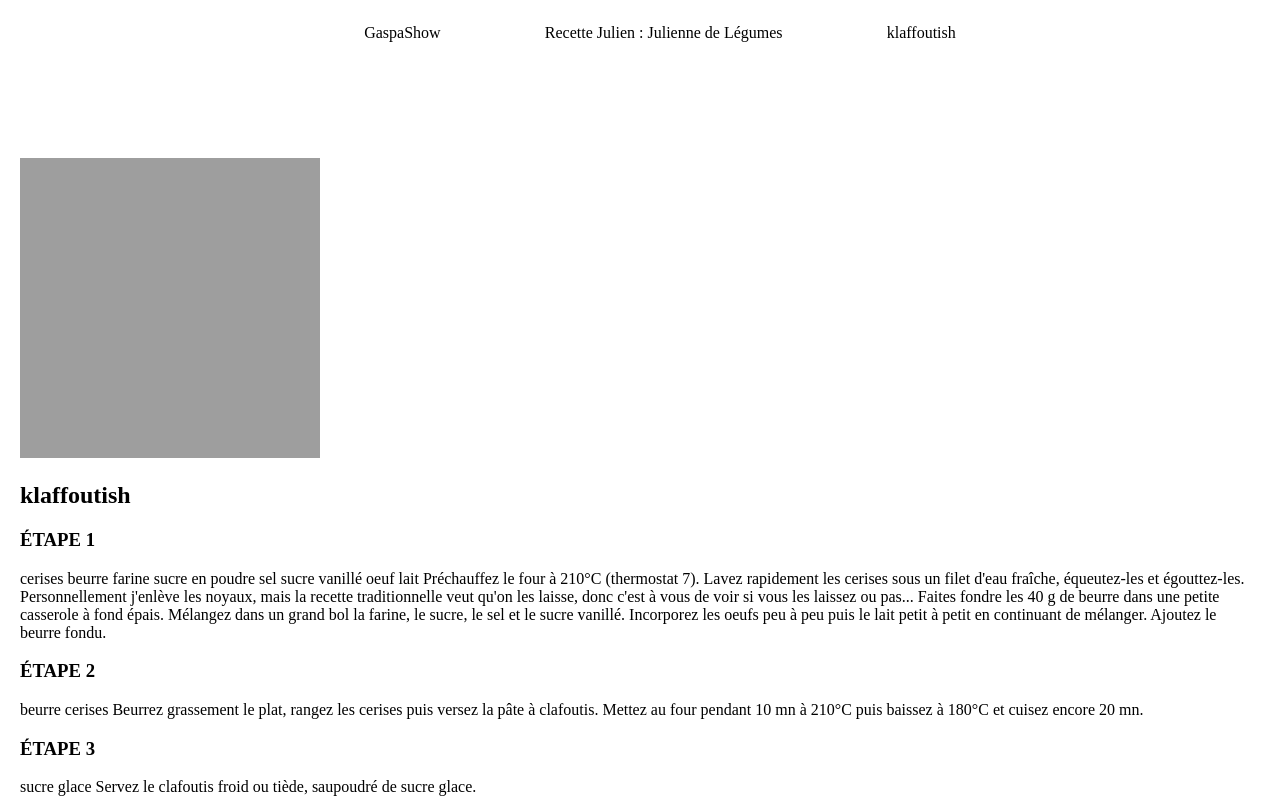
Repository: klevish/marmitonade.github.io
Page: Klaffoutish.html
An editor plug-in stored every save of this project. The page is shown before and after the next save, followed by the edit.
The browser window is 1280 px wide. The pictures show the whole page.
Pictures or frames that could not be fetched are drawn as grey boxes.

Above is the page before, as saved 2022-06-13 16:55:48.

After the next save:
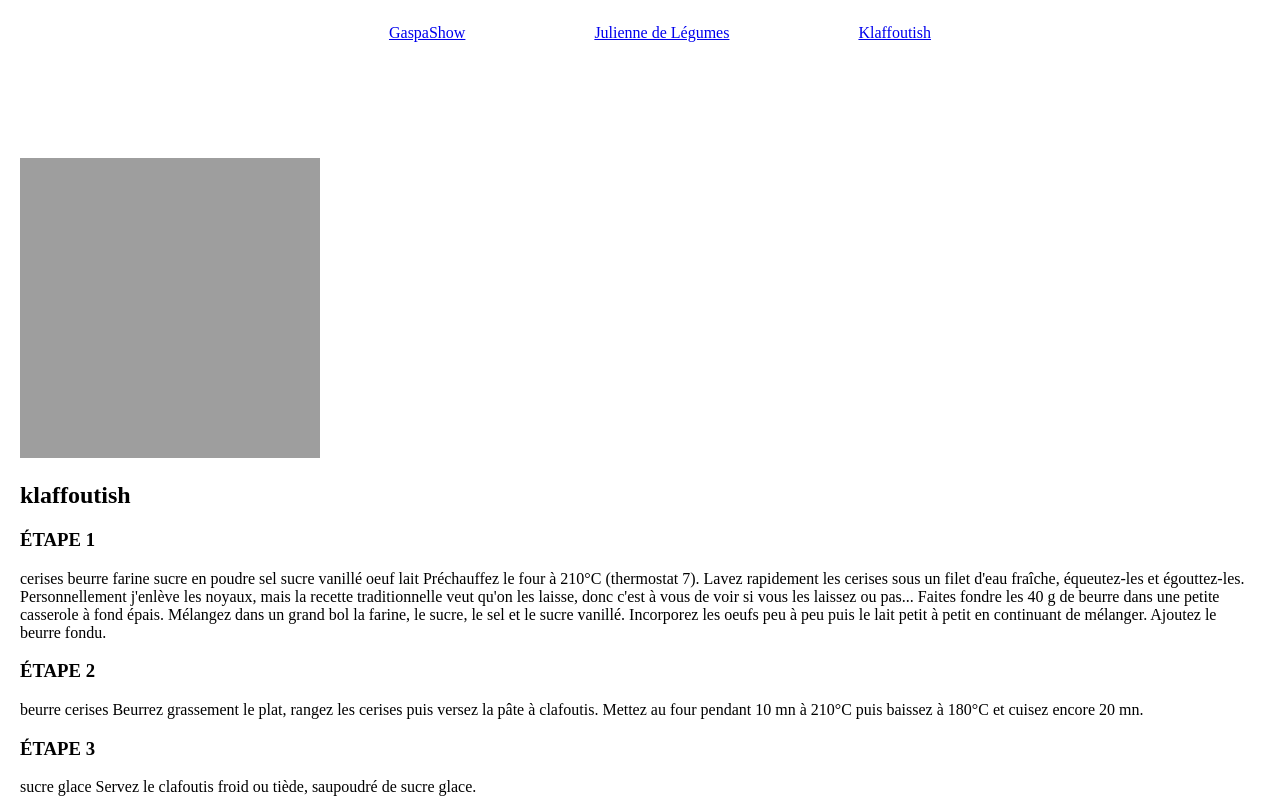
Saved 5 s later.
--- a/Klaffoutish.html
+++ b/Klaffoutish.html
@@ -12,10 +12,9 @@
 <body>
     <nav>
         <ul>
-
-            <li href="gaspacho.html">GaspaShow</li>
-            <li href="julienne_de_legumes.html">Recette Julien : Julienne de Légumes</li>
-            <li href="klaffoutish.html">klaffoutish</li>
+            <li><a href="gaspacho.html">GaspaShow</a></li>
+            <li><a href="julienne_de_legumes.html">Julienne de Légumes</a></li>
+            <li><a href="klaffoutish.html">Klaffoutish</a></li>
         </ul>
     </nav>
     <section>
@@ -31,21 +30,27 @@
             sucre vanillé
             oeuf
             lait
-            Préchauffez le four à 210°C (thermostat 7). Lavez rapidement les cerises sous un filet d'eau fraîche, équeutez-les et égouttez-les. Personnellement j'enlève les noyaux, mais la recette traditionnelle veut qu'on les laisse, donc c'est à vous de voir si vous les laissez ou pas... Faites fondre les 40 g de beurre dans une petite casserole à fond épais. Mélangez dans un grand bol la farine, le sucre, le sel et le sucre vanillé. Incorporez les oeufs peu à peu puis le lait petit à petit en continuant de mélanger. Ajoutez le beurre fondu.
-            </p>
-            <h3>
+            Préchauffez le four à 210°C (thermostat 7). Lavez rapidement les cerises sous un filet d'eau fraîche,
+            équeutez-les et égouttez-les. Personnellement j'enlève les noyaux, mais la recette traditionnelle veut qu'on
+            les laisse, donc c'est à vous de voir si vous les laissez ou pas... Faites fondre les 40 g de beurre dans
+            une petite casserole à fond épais. Mélangez dans un grand bol la farine, le sucre, le sel et le sucre
+            vanillé. Incorporez les oeufs peu à peu puis le lait petit à petit en continuant de mélanger. Ajoutez le
+            beurre fondu.
+        </p>
+        <h3>
             ÉTAPE 2</h3>
-            <p>beurre
-                cerises
-                Beurrez grassement le plat, rangez les cerises puis versez la pâte à clafoutis. Mettez au four pendant 10 mn à 210°C puis baissez à 180°C et cuisez encore 20 mn.
-                </p>
-            <h3>
-                ÉTAPE 3
-            </h3>
-            <p>sucre glace
-                Servez le clafoutis froid ou tiède, saupoudré de sucre glace.</p>
+        <p>beurre
+            cerises
+            Beurrez grassement le plat, rangez les cerises puis versez la pâte à clafoutis. Mettez au four pendant 10 mn
+            à 210°C puis baissez à 180°C et cuisez encore 20 mn.
+        </p>
+        <h3>
+            ÉTAPE 3
+        </h3>
+        <p>sucre glace
+            Servez le clafoutis froid ou tiède, saupoudré de sucre glace.</p>
 
-    </p>
+        </p>
     </section>
 
 </body>
